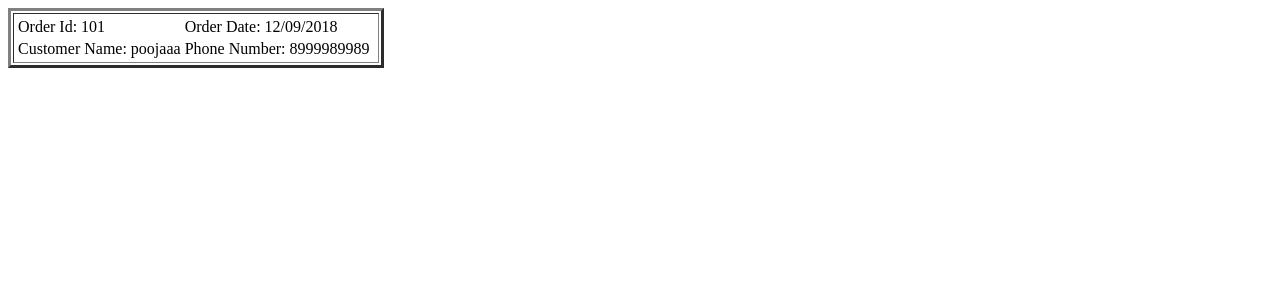
Repository: poojagupta18/Practice-Java
Page: http://localhost/OnlineShopping/getAllOrderByUserName.jsp
The author's editor kept a copy of each file at every save. The page is drawn from the files as they stood at one save, then again after the next save.
The browser window is 1280 px wide. The pictures show the whole page.
The page is served by Tomcat 9.

Above is the page before, as saved 2019-11-27 05:42:19.

After the next save:
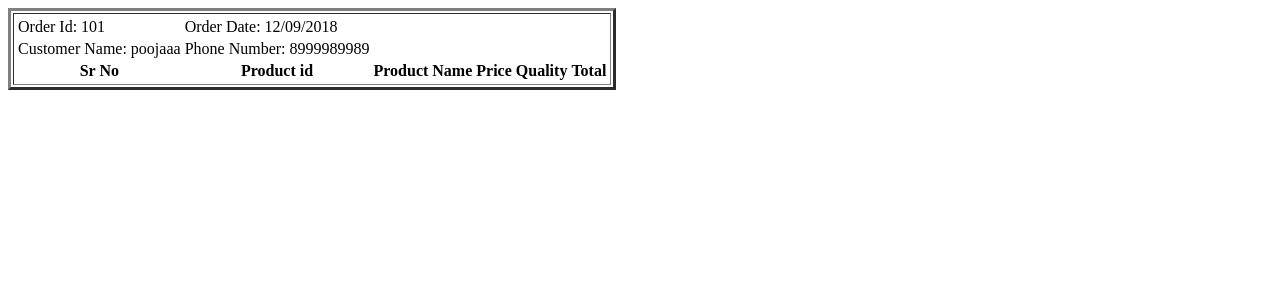
Saved 22 h 59 min later.
--- a/java Training/java/OnlineShopping/OnlineShopping/WebContent/getAllOrderByUserName.jsp
+++ b/java Training/java/OnlineShopping/OnlineShopping/WebContent/getAllOrderByUserName.jsp
@@ -25,9 +25,14 @@
 			<td>
 				Phone Number: 8999989989
 			</td>
-			<td>
-
-			</td>
+		</tr>
+		<tr>
+			<th>Sr No</th>
+			<th>Product id</th>
+			<th>Product Name</th>
+			<th>Price</th>
+			<th>Quality</th>
+			<th>Total</th>
 		</tr>
 				</table>
 			</td>
